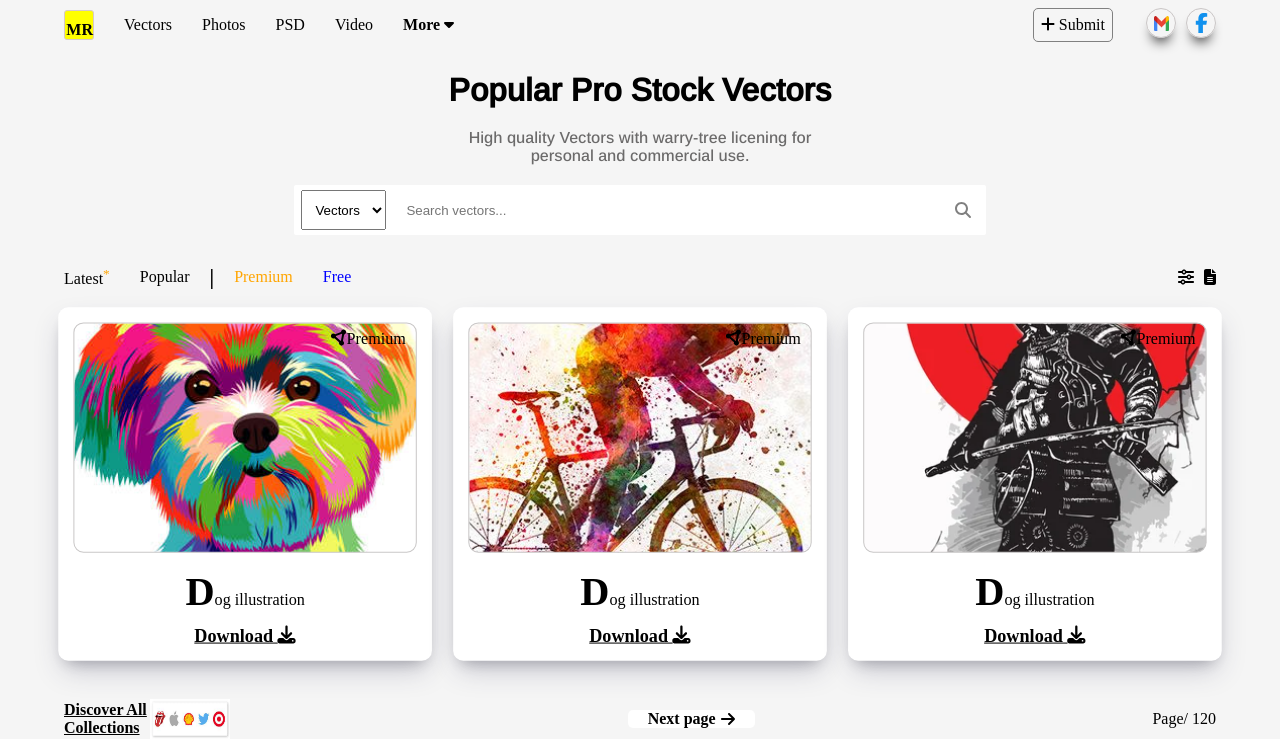
Repository: kegbaDev/VectorTemplate
Page: /
These files come from the project's save history. The page is drawn as it stood at one moment and after the next save; the edit follows.
The browser window is 1280 px wide. The pictures show the whole page.
The pointer rests on the first visible `.card_content`.
The project was rebuilt for these pictures with package versions that can differ from the ones it lists, and the page was loaded fresh each time. Also part of the build but not shown: vite.config.js.

Above is the page before, as saved 2023-04-14 01:24:01.

### index.html
<!DOCTYPE html>
<html lang="en">
  <head>
    <meta charset="UTF-8" />
    <link rel="icon" href="/favicon.ico" />
    <meta name="viewport" content="width=device-width, initial-scale=1.0" />
    <title>Vite App</title>
  </head>
  <body style="background-color: rgb(245, 245, 245)">
    <div id="app"></div>
    <script type="module" src="/src/main.js"></script>
  </body>
</html>

### src/main.js
import { createApp } from 'vue'
import App from './App.vue'

// fontawesome importation
import '@fortawesome/fontawesome-free/css/all.css'
import '@fortawesome/fontawesome-free/js/all.js'

createApp(App).mount('#app')

### src/App.vue
<template>
<div class="wrapper">
  <div class="navbar">
    <div class="left bounce">
      <div class="logo">MR</div>
      <ul>
        <li>Vectors</li>
        <li>Photos</li>
        <li>PSD</li>
        <li>Video</li>
        <li><span class="more" >More</span><i class="fa-solid fa-caret-down"></i></li>
      </ul>
    </div>
    <div class="right">
      <div class="submit">
        <i class="fa-solid fa-plus"></i>
        Submit
      </div>
      <div class="logo_collection">
        <div class="logo_card">
          <img src="./assets/gmail-logo-16.png" alt="google-icon" width="15px" height="15px">
        </div>
        <div class="logo_card">
          <i class="fa-brands fa-facebook-f" style="color: #1191ee; width: 25px;height: 20px;"></i>
        </div>
      </div>
    </div>
  </div>


  <!-- Second component -->


  <div class="text_section">
    <h1 class="title slideInUp">Popular Pro Stock Vectors</h1>
    <p class="paragraph slideInUp">
      High quality Vectors with warry-tree licening for <br>
      personal and commercial use.
    </p>
    <div class="input_card slideInRight">
      <select name="" id="">
        <option value="value1">Vectors</option>
        <option value="value2">Vectors</option>
      </select>
      <input type="text" placeholder="Search vectors... ">
      <i class="fa-solid fa-magnifying-glass" style="color: grey; margin-right: 15px;"></i>
    </div>
  </div>

  <!-- Third component -->

  <div class="row">
    <div class="left-row">
      <ul>
        <li>Latest<sup style="color:orange">*</sup></li>
        <li>Popular</li>
      </ul>
      <span class="pipe">
        |
      </span>
      <ul>
        <li style="color:orange">Premium</li>
        <li style="color:blue">Free</li>
      </ul>
    </div>
    <div class="right-row">
      <i class="fa-solid fa-sliders"></i>
      <i class="fa-solid fa-file-lines"></i>
    </div>
  </div>

  <!-- Fourth component  -->

  <div class="card_content slideInUp">
    <div class="main_card">
      <div class="image_and_text_space">
        <i class="fa-solid fa-circle-nodes"></i>Premium
      </div>
      <p style="margin-bottom: 10px;"><span style="text-transform: uppercase; font-weight: bolder; font-size: 40px;">D</span>og illustration</p>
      <p class="download">Download <i class="fa-solid fa-download"></i></p>
    </div>
    <div class="main_card">
      <div class="image_and_text_space2">
        <i class="fa-solid fa-circle-nodes"></i>Premium
      </div>
      <p style="margin-bottom: 10px;"><span style="text-transform: uppercase; font-weight: bolder; font-size: 40px;">D</span>og illustration</p>
      <p class="download">Download <i class="fa-solid fa-download"></i></p>
    </div>
    <div class="main_card">
      <div class="image_and_text_space3">
        <!-- <img src="./assets/154416(1).svg" width="209px" height="300px" alt=""> -->
        <i class="fa-solid fa-circle-nodes"></i>Premium
      </div>
      <p style="margin-bottom: 10px;"><span style="text-transform: uppercase; font-weight: bolder; font-size: 40px;">D</span>og illustration</p>
      <p class="download">Download <i class="fa-solid fa-download"></i></p>
    </div>
    <!-- <div class="main_card">
      <div class="image_and_text_space">
        Premium
      </div>
      <p>Dog illustration</p>
      <p class="download">Download<i class="fa-solid fa-download"></i></p>
    </div>
    <div class="main_card">
      <div class="image_and_text_space">
        Premium
      </div>
      <p>Dog illustration</p>
      <p class="download">Download<i class="fa-solid fa-download"></i></p>
    </div> -->
  </div>

  <!-- Last component -->
  <div class="last_row">
    <div class="start">
      <div class="part">
        Discover All <br>
        Collections
      </div>
      <img src="./assets/imagesfinal.jpg" alt="" style="width: 80px; height: 40px;">
    </div>
    <div class="between">
      Next page <i class="fa-solid fa-arrow-right"></i>
    </div>
    <div class="end">
      Page/ 120
    </div>
  </div>
</div>




</template>

<script setup>

</script>


<style scoped>
@import url('https://fonts.googleapis.com/css2?family=Arimo:wght@500&display=swap');
.wrapper{
  height: 100vh;
  width: 90vw;
  margin:auto;
}
*{
  padding: 0px;
  margin: 0px;
  box-sizing: border-box;
  /* font-family: 'Arimo', sans-serif; */
}
.left{
  display: flex;
  align-items: center;
}

ul{
  list-style: none;
  display: flex;
  gap: 30px;
  margin-left: 30px;
}
ul li{
  cursor: pointer;
}
.more{
  font-weight: bolder;
  padding-right: 4px;
}
.logo{
  width: 30px;
  height: 30px;
  border: 1px solid rgb(214, 201, 201);
  background-color: yellow;
  font-weight: bolder;
  display: flex;
  justify-content: end;
  align-items: end;
  border-radius: 3px;
  cursor: pointer;
}
.navbar{
  display: flex;
  justify-content: space-between;
}
.right{
  display: flex;
  gap: 3px;
}
.submit{
  border: 1px solid gray;
  padding: 7px;
  margin-right: 30px;
  border-radius: 5px;
  background-color: rgba(234, 233, 233, 0.03);
  cursor: pointer;
  transition: all 400ms ease-in-out;
}
.submit:hover{
  background-color: yellow;
  /* font-weight: bolder; */
  scale: 1.1;
}
.logo_collection{
  display: flex;
  gap: 10px;
}
.logo_card{
  width: 30px;
  height: 30px;
  border: 1px solid black;
  display: flex;
  align-items: center;
  justify-content: center;
  border-radius: 50%;
  border-color: rgb(202, 198, 198);
  -webkit-box-shadow: 0px 10px 13px -7px #000000, -2px -2px 15px 6px rgba(26,17,18,0);
  box-shadow: 0px 10px 13px -7px #000000, -2px -2px 15px 6px rgba(26,17,18,0);
  cursor: pointer;transition: all 300ms ease-in-out;

}
.logo_card:hover{
  -webkit-box-shadow: 0px 10px 13px -7px #000000, -2px -2px 15px 6px rgba(26,17,18,0);
  box-shadow: 0px 10px 13px -7px #000000, -2px -2px 15px 6px rgba(26,17,18,0);
  scale: 1.2;

}

/* Second composant */

.text_section{
  margin: 30px auto;
  text-align: center;
}
.title{
  font-family: 'Arimo', sans-serif;
  margin-bottom: 20px;
}
.paragraph{
  font-family: 'Arimo', sans-serif;
  margin-bottom: 20px;
  color: rgb(107, 106, 106);
}
.input_card{
  width: 60%;
  height: 50px;
  background-color: white;
  margin: auto;
  display: flex;
  align-items: center;
  border-radius: 2px;
}
input{
  width: 100%;
  padding-left: 20px;
  border: none;
}
input, select{
  height: 40px;
}
select{
  padding: 9px;
  margin-left: 7px;
}

/* Third component */
.row{
  display: flex;
  justify-content: space-between;
  margin-bottom: 20px;
}
.left-row ul{
  margin: 0px;
  padding: 0px;
  display: flex;
  align-items: center;
}
.left-row, .right-row{
  display: flex;
  align-items: center;
}
.pipe{
  margin: 0px 20px;
}

.pipe{
  font-weight: bolder;
  font-size: 1.3em;
}
.right-row{
  gap: 10px;
}

/* Fourth component */

.card_content{
  display: flex;
  justify-content: space-between;
  cursor: pointer;
  transition: all 400ms ease-in-out;
}
.card_content:hover{
  scale: 1.01;
}
.main_card{
  min-width: 370px;
  min-height: 350px;
  /* border: 1px solid black; */
  border-radius: 10px;
  background-color: white;
  box-shadow: rgba(50, 50, 93, 0.25) 0px 13px 27px -5px, rgba(0, 0, 0, 0.3) 0px 8px 16px -8px;
  padding-bottom: 25px;

}
.main_card p{
  text-align: center;
}
.download{
  font-weight: bolder;
  text-decoration: underline;
  font-size: large;
}
.image_and_text_space{
  padding-top: 6px;
  padding-right: 10px;
  text-align: end;
  height: 70%;
  width: 92%;
  border: 1px solid rgb(201, 199, 199);
  border-radius: 10px;
  margin: 15px auto;
  background-image: url(./assets/chien_color.jpg);
  background-repeat: no-repeat;
  background-position: center;
}
.image_and_text_space2{
  background-image: url(./assets/velo.jpg) !important;
  padding-top: 6px;
  padding-right: 10px;
  text-align: end;
  height: 70%;
  width: 92%;
  border: 1px solid rgb(201, 199, 199);
  border-radius: 10px;
  margin: 15px auto;
  background-repeat: no-repeat;
  background-position: center;
}
.image_and_text_space3{
  background-image: url(./assets/sa.webp) !important;
  padding-top: 6px;
  padding-right: 10px;
  text-align: end;
  height: 70%;
  width: 92%;
  border: 1px solid rgb(201, 199, 199);
  border-radius: 10px;
  margin: 15px auto;
  background-repeat: no-repeat;
  /* object-fit: contain; */
  background-position: center;
}

/* Animation */

.bounce {
  -webkit-animation-name: bounce;
  animation-name: bounce;
  -webkit-transform-origin: center bottom;
  -ms-transform-origin: center bottom;
  transform-origin: center bottom;
  -webkit-animation-duration: 1s;
  animation-duration: 1s;
  -webkit-animation-fill-mode: both;
  animation-fill-mode: both;
  }
  @-webkit-keyframes bounce {
  0%, 20%, 53%, 80%, 100% {
  -webkit-transition-timing-function: cubic-bezier(0.215, 0.610, 0.355, 1.000);
  transition-timing-function: cubic-bezier(0.215, 0.610, 0.355, 1.000);
  -webkit-transform: translate3d(0,0,0);
  transform: translate3d(0,0,0);
  }
  40%, 43% {
  -webkit-transition-timing-function: cubic-bezier(0.755, 0.050, 0.855, 0.060);
  transition-timing-function: cubic-bezier(0.755, 0.050, 0.855, 0.060);
  -webkit-transform: translate3d(0, -30px, 0);
  transform: translate3d(0, -30px, 0);
  }
  70% {
  -webkit-transition-timing-function: cubic-bezier(0.755, 0.050, 0.855, 0.060);
  transition-timing-function: cubic-bezier(0.755, 0.050, 0.855, 0.060);
  -webkit-transform: translate3d(0, -15px, 0);
  transform: translate3d(0, -15px, 0);
  }
  90% {
  -webkit-transform: translate3d(0,-4px,0);
  transform: translate3d(0,-4px,0);
  }
  }

  @keyframes bounce {
  0%, 20%, 53%, 80%, 100% {
  -webkit-transition-timing-function: cubic-bezier(0.215, 0.610, 0.355, 1.000);
  transition-timing-function: cubic-bezier(0.215, 0.610, 0.355, 1.000);
  -webkit-transform: translate3d(0,0,0);
  transform: translate3d(0,0,0);
  }
  40%, 43% {
  -webkit-transition-timing-function: cubic-bezier(0.755, 0.050, 0.855, 0.060);
  transition-timing-function: cubic-bezier(0.755, 0.050, 0.855, 0.060);
  -webkit-transform: translate3d(0, -30px, 0);
  transform: translate3d(0, -30px, 0);
  }
  70% {
  -webkit-transition-timing-function: cubic-bezier(0.755, 0.050, 0.855, 0.060);
  transition-timing-function: cubic-bezier(0.755, 0.050, 0.855, 0.060);
  -webkit-transform: translate3d(0, -15px, 0);
  transform: translate3d(0, -15px, 0);
  }
  90% { -webkit-transform: translate3d(0,-4px,0); transform: translate3d(0,-4px,0);
  }
}
.slideInUp {
  -webkit-animation-name: slideInUp;
  animation-name: slideInUp;
  -webkit-animation-duration: 1s;
  animation-duration: 1s;
  -webkit-animation-fill-mode: both;
  animation-fill-mode: both;
  }
  @-webkit-keyframes slideInUp {
  0% {
  -webkit-transform: translateY(100%);
  transform: translateY(100%);
  visibility: visible;
  }
  100% {
  -webkit-transform: translateY(0);
  transform: translateY(0);
  }
  }
  @keyframes slideInUp {
  0% {
  -webkit-transform: translateY(100%);
  transform: translateY(100%);
  visibility: visible;
  }
  100% {
  -webkit-transform: translateY(0);
  transform: translateY(0);
  }
}

.slideInRight {
  -webkit-animation-name: slideInRight;
  animation-name: slideInRight;
  -webkit-animation-duration: 1s;
  animation-duration: 1s;
  -webkit-animation-fill-mode: both;
  animation-fill-mode: both;
  }
  @-webkit-keyframes slideInRight {
  0% {
  -webkit-transform: translateX(100%);
  transform: translateX(100%);
  visibility: visible;
  }
  100% {
  -webkit-transform: translateX(0);
  transform: translateX(0);
  }
  }
  @keyframes slideInRight {
  0% {
  -webkit-transform: translateX(100%);
  transform: translateX(100%);
  visibility: visible;
  }
  100% {
  -webkit-transform: translateX(0);
  transform: translateX(0);
  }
  }

.slideInUp {
  -webkit-animation-name: slideInUp;
  animation-name: slideInUp;
  -webkit-animation-duration: 1s;
  animation-duration: 1s;
  -webkit-animation-fill-mode: both;
  animation-fill-mode: both;
  }
  @-webkit-keyframes slideInUp {
  0% {
  -webkit-transform: translateY(100%);
  transform: translateY(100%);
  visibility: visible;
  }
  100% {
  -webkit-transform: translateY(0);
  transform: translateY(0);
  }
  }
  @keyframes slideInUp {
  0% {
  -webkit-transform: translateY(100%);
  transform: translateY(100%);
  visibility: visible;
  }
  100% {
  -webkit-transform: translateY(0);
  transform: translateY(0);
  }
}

/* Animation */

/* last component */

.last_row{
  margin-top: 40px;
  margin-bottom: 40px;
  display: flex;
  justify-content: space-between;
  align-items: center;
}
.between{
  font-weight: bolder;
  padding: 0px 20px;
  background-color: white;
  border-radius: 5px;
  display: flex;
  justify-content: center;
  align-items: center;
  gap: 5px;
}
.start{
  display: flex;
  align-items: center;
  gap: 3px;
  text-decoration: underline;
  font-weight: bold;
}
</style>

After the next save:
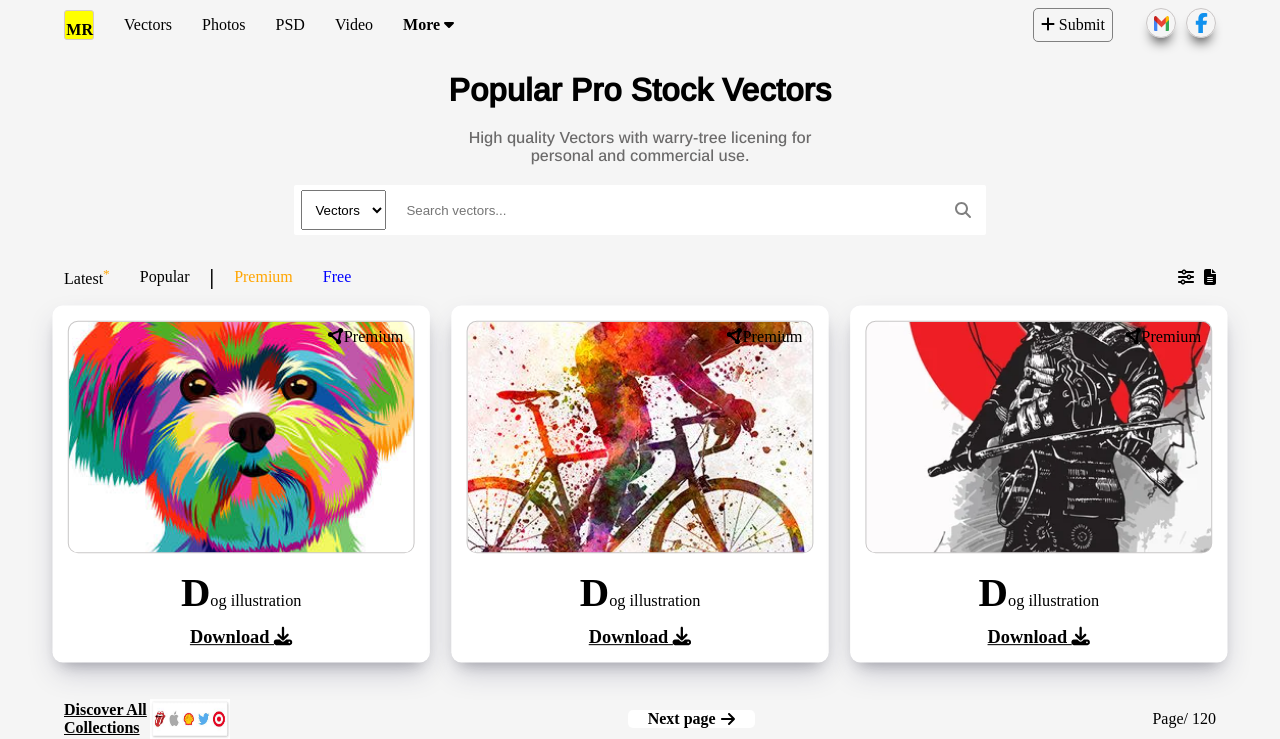
Saved 18 s later.
--- a/src/App.vue
+++ b/src/App.vue
@@ -302,7 +302,7 @@ select{
   transition: all 400ms ease-in-out;
 }
 .card_content:hover{
-  scale: 1.01;
+  scale: 1.02;
 }
 .main_card{
   min-width: 370px;
